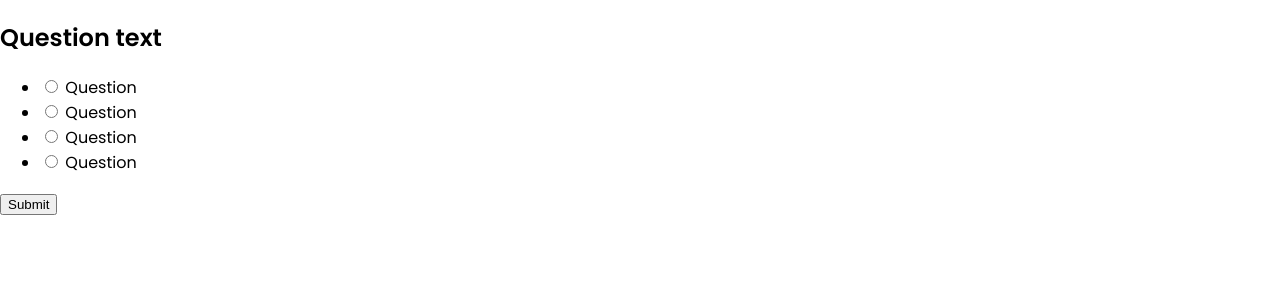
Repository: kate30980/projects-js-practice
Page: quiz-app/index.html
The author's editor kept a copy of each file at every save. The page is drawn from the files as they stood at one save, then again after the next save.
The browser window is 1280 px wide. The pictures show the whole page.

Above is the page before, as saved 2021-09-05 21:50:05.

After the next save:
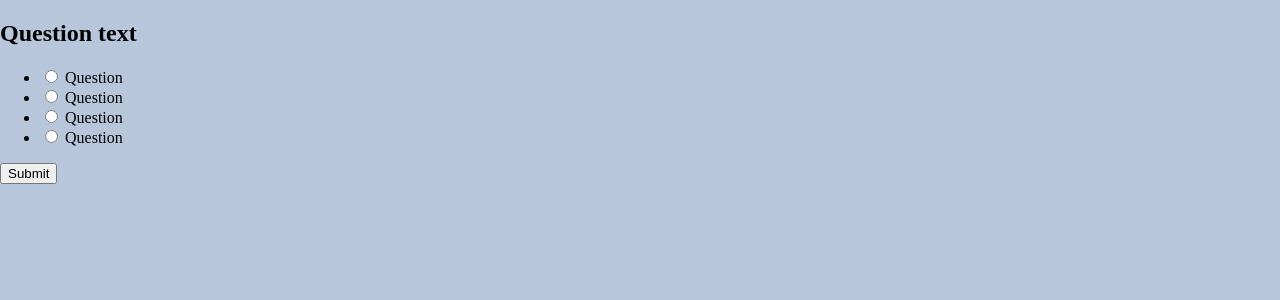
Saved 6 min 13 s later.
--- a/quiz-app/style.css
+++ b/quiz-app/style.css
@@ -5,6 +5,8 @@
 }
 
 body {
+    background-color: #b8c6db;
+    background-image: linear-gradient(315deg,#b8c6db, #f5f7fa 74%)
     font-family: "Poppins", sans-serif;
     margin: 0;
 }
